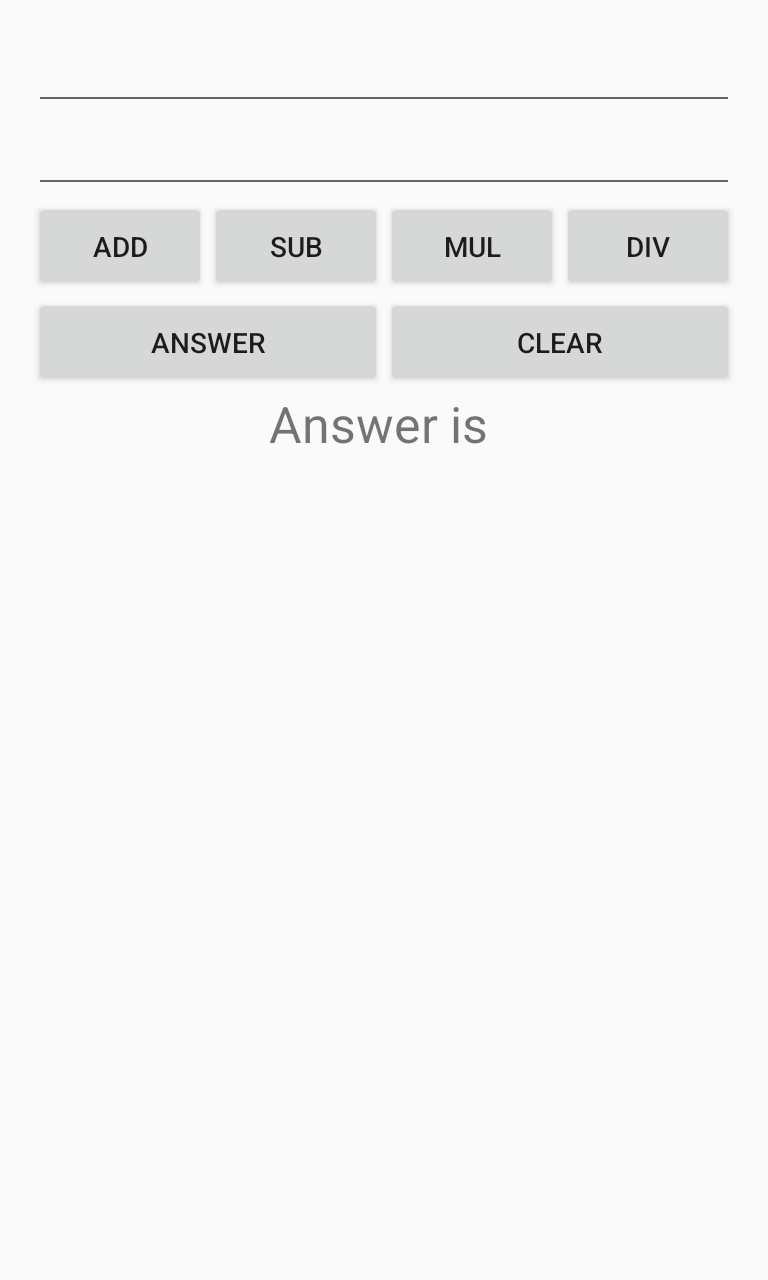
Repository: tamilkarun/Android
Layout: Calc/res/layout/fragment_main.xml
An editor plug-in stored every save of this project. The layout is shown before and after the next save, followed by the edit.
It is drawn on a 768 x 1280 px phone screen (xhdpi) without system bars, with theme AppTheme; the app's code is not run.

Above is the layout before, as saved 2014-05-14 06:27:05.

After the next save:
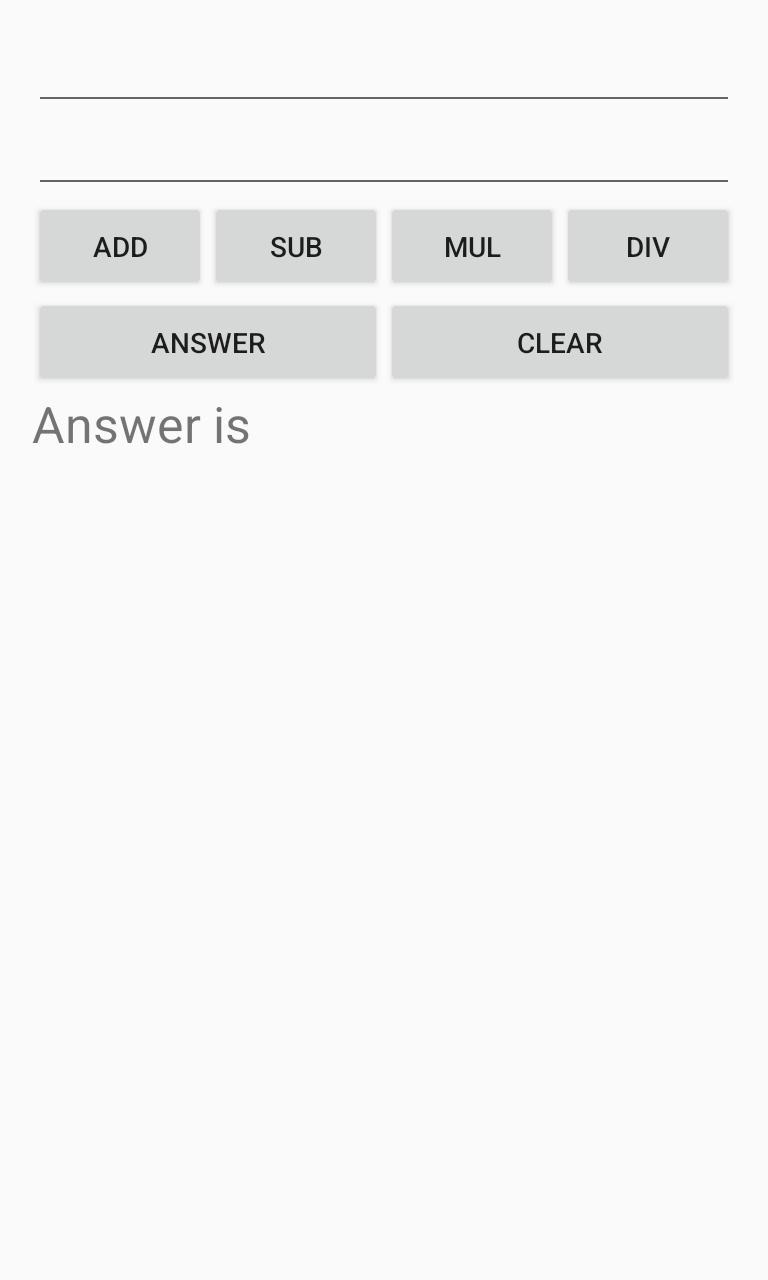
Saved 15 s later.
--- a/Calc/res/layout/fragment_main.xml
+++ b/Calc/res/layout/fragment_main.xml
@@ -98,6 +98,6 @@
             android:layout_width="fill_parent"
             android:layout_height="wrap_content"
             android:text="Answer is "
-            android:gravity="center"
+            android:gravity="left"
             android:textSize="25dp" />
 </LinearLayout>
